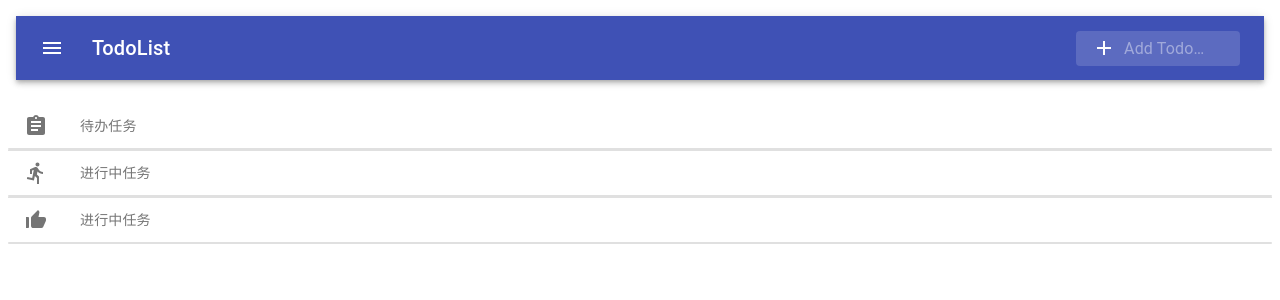
Repository: harperl71/TodoList
Page: /
These files come from the project's save history. The page is drawn as it stood at one moment and after the next save; the edit follows.
The browser window is 1280 px wide. The pictures show the whole page.
The project was rebuilt for these pictures with package versions that can differ from the ones it lists, and the page was loaded fresh each time.

Above is the page before, as saved 2021-05-20 17:29:12.

After the next save:
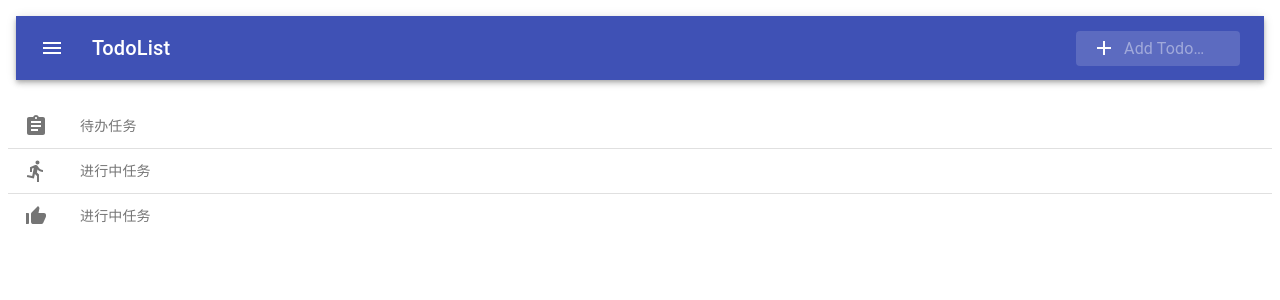
Saved 73 s later.
--- a/src/components/content/index.tsx
+++ b/src/components/content/index.tsx
@@ -6,7 +6,6 @@ import {
   ListItem,
   ListItemIcon,
   ListItemText,
-  Card,
   Divider,
 } from "@material-ui/core";
 import AssignmentIcon from "@material-ui/icons/Assignment";
@@ -34,9 +33,7 @@ const Content = () => {
           </ListItemIcon>
           <ListItemText secondary="待办任务" />
         </ListItem>
-        <Card variant="outlined">
-          <TaskList title="待办" status="todo" />
-        </Card>
+        <TaskList title="已完成" status="done" />
         <Divider />
         <ListItem button>
           <ListItemIcon>
@@ -44,9 +41,7 @@ const Content = () => {
           </ListItemIcon>
           <ListItemText secondary="进行中任务" />
         </ListItem>
-        <Card variant="outlined">
-          <TaskList title="进行中" status="doing" />
-        </Card>
+        <TaskList title="已完成" status="done" />
         <Divider />
         <ListItem button>
           <ListItemIcon>
@@ -54,9 +49,7 @@ const Content = () => {
           </ListItemIcon>
           <ListItemText secondary="进行中任务" />
         </ListItem>
-        <Card variant="outlined">
-          <TaskList title="已完成" status="done" />
-        </Card>
+        <TaskList title="已完成" status="done" />
       </List>
     </div>
   );
